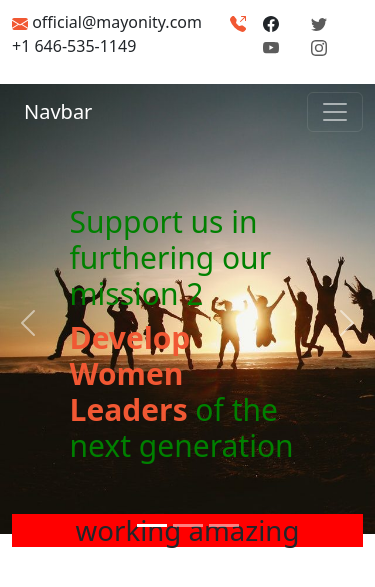
Repository: rizwan-zafar/wings
Page: /
These files come from the project's save history. The page is drawn as it stood at one moment and after the next save; the edit follows.
The browser window is 375 px wide. The pictures show the whole page.
The project was rebuilt for these pictures with package versions that can differ from the ones it lists, and the page was loaded fresh each time.

Above is the page before, as saved 2022-11-27 17:16:34.

After the next save:
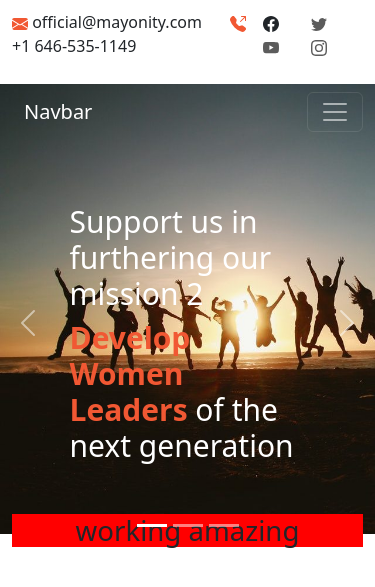
Saved 15 s later.
--- a/src/Css/Slider.css
+++ b/src/Css/Slider.css
@@ -71,8 +71,7 @@
 
     .set-slider .carousel-item h1 {
         font-size: 30px;
-        color:green
-    }
+     }
     .set-slider .carousel-inner .carousel-item>div {
         padding: 20px;
         padding-top: 120px;
